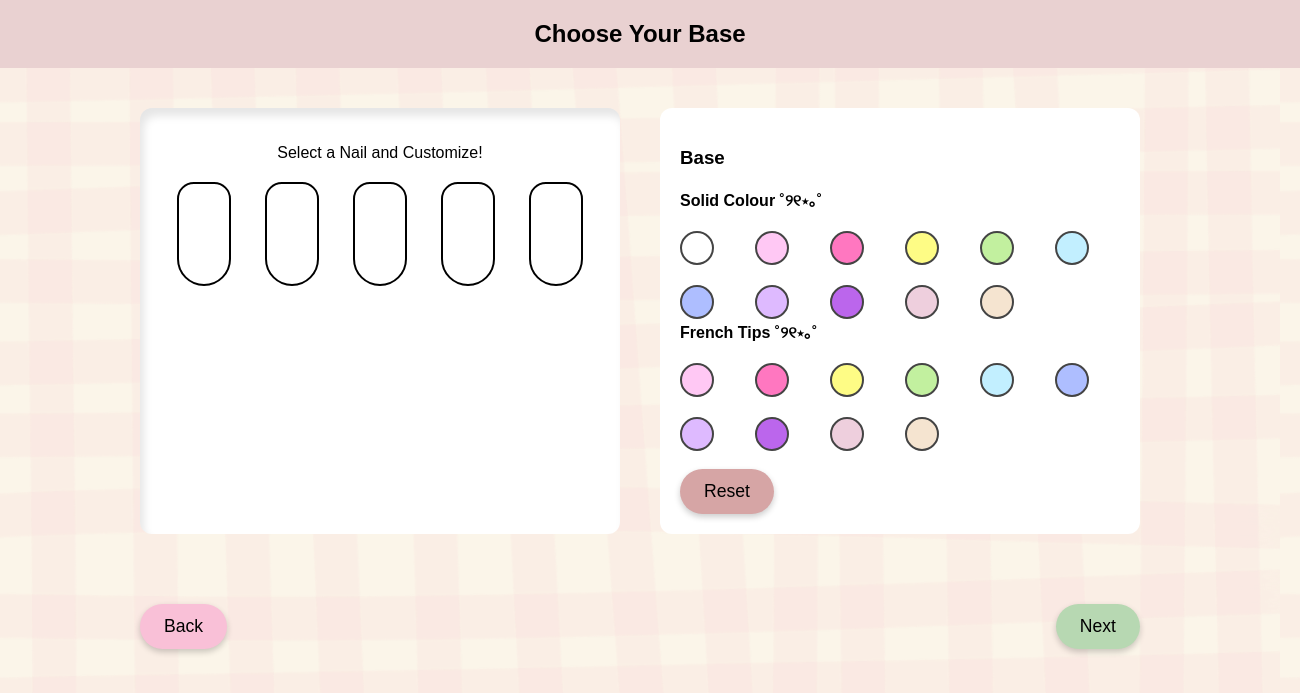
Repository: amolwalia/Fluidity-Lab
Page: base-paint.html
These files come from the project's save history. The page is drawn as it stood at one moment and after the next save; the edit follows.
The browser window is 1280 px wide. The page is 1300 px wide, so the pictures cover 1300 px, including what lies to the right of the window. The pictures show the whole page.

Above is the page before, as saved 2025-05-11 19:02:13.

### base-paint.html
<!DOCTYPE html>
<html lang="en">
  <head>
    <meta charset="UTF-8" />
    <meta name="viewport" content="width=device-width, initial-scale=1.0" />
    <title>Choose Your Base</title>
    <link rel="stylesheet" href="./styles/basepaints.css" />
  </head>
  <body>
    <header>Choose Your Base</header>
    <div class="container">
      <div class="nail-area">
        <p style="text-align: center">Select a Nail and Customize!</p>
        <div class="nails">
          <div class="nail" onclick="selectNail(this)"></div>
          <div class="nail" onclick="selectNail(this)"></div>
          <div class="nail" onclick="selectNail(this)"></div>
          <div class="nail" onclick="selectNail(this)"></div>
          <div class="nail" onclick="selectNail(this)"></div>
        </div>
      </div>
      <div class="palette">
        <h3>Base</h3>
        <strong>Solid Colour ˚୨୧⋆｡˚</strong>
        <div class="colors">
          <div
            class="color"
            style="background: white"
            onclick="setColor('white', false)"
          ></div>
          <div
            class="color"
            style="background: #ffc8f4"
            onclick="setColor('#ffc8f4', false)"
          ></div>
          <div
            class="color"
            style="background: #ff77c0"
            onclick="setColor('#ff77c0', false)"
          ></div>
          <div
            class="color"
            style="background: #fefc85"
            onclick="setColor('#fefc85', false)"
          ></div>
          <div
            class="color"
            style="background: #c2f09f"
            onclick="setColor('#c2f09f', false)"
          ></div>
          <div
            class="color"
            style="background: #c2efff"
            onclick="setColor('#c2efff', false)"
          ></div>
        </div>
        <div class="colors">
          <div
            class="color"
            style="background: #aebeff"
            onclick="setColor('#AEBEFF', false)"
          ></div>
          <div
            class="color"
            style="background: #debaff"
            onclick="setColor('#DEBAFF', false)"
          ></div>
          <div
            class="color"
            style="background: #bb66ec"
            onclick="setColor('#BB66EC', false)"
          ></div>
          <div
            class="color"
            style="background: #eecfdd"
            onclick="setColor('#EECFDD', false)"
          ></div>
          <div
            class="color"
            style="background: #f5e4d0"
            onclick="setColor('#F5E4D0', false)"
          ></div>
        </div>
        <strong>French Tips ˚୨୧⋆｡˚</strong>
        <div class="colors">
          <div
            class="color"
            style="background: #ffc8f4"
            onclick="setColor('#ffc8f4', true)"
          ></div>
          <div
            class="color"
            style="background: #ff77c0"
            onclick="setColor('#ff77c0', true)"
          ></div>
          <div
            class="color"
            style="background: #fefc85"
            onclick="setColor('#fefc85', true)"
          ></div>
          <div
            class="color"
            style="background: #c2f09f"
            onclick="setColor('#c2f09f', true)"
          ></div>
          <div
            class="color"
            style="background: #c2efff"
            onclick="setColor('#c2efff', true)"
          ></div>
          <div
            class="color"
            style="background: #aebeff"
            onclick="setColor('#AEBEFF', true)"
          ></div>
        </div>
        <div class="colors">
          <div
            class="color"
            style="background: #debaff"
            onclick="setColor('#DEBAFF', true)"
          ></div>
          <div
            class="color"
            style="background: #bb66ec"
            onclick="setColor('#BB66EC', true)"
          ></div>
          <div
            class="color"
            style="background: #eecfdd"
            onclick="setColor('#EECFDD', true)"
          ></div>
          <div
            class="color"
            style="background: #f5e4d0"
            onclick="setColor('#F5E4D0', true)"
          ></div>
        </div>
        <br />
        <button class="btn btn-brown" onclick="resetColors()">Reset</button>
      </div>
    </div>
    <div class="btn-row">
      <button class="btn btn-pink" onclick="location.href='index.html'">
        Back
      </button>
      <button class="btn btn-green" onclick="saveNailColorsAndGoNext()">
        Next
      </button>
    </div>
    <script src="./scripts/basepaints.js"></script>
  </body>
</html>

### styles/basepaints.css
body {
  margin: 0;
  font-family: "Quicksand", sans-serif;
  background: url("../media/pink_plaid.png");
  background-size: cover;
  background-blend-mode: multiply;
  background-color: #fbf5e9;
  display: flex;
  flex-direction: column;
  align-items: center;
}
header {
  width: 100%;
  padding: 20px;
  background-color: #e9d1d1;
  text-align: center;
  font-weight: bold;
  font-size: 1.5rem;
}
.container {
  display: flex;
  justify-content: space-between;
  padding: 40px;
  width: 100%;
  max-width: 1000px;
}
.nail-area,
.palette {
  background: #fff;
  border-radius: 12px;
  padding: 20px;

}
.nail-area {
  flex: 1;
  margin-right: 40px;
  box-shadow: inset 4px 8px 8px  rgba(0, 0, 0, 0.1);
}
.palette {
  flex: 1;
}
.nails {
  display: flex;
  justify-content: space-around;
  margin-top: 20px;
}
.nail {
  width: 50px;
  height: 100px;
  border: 2px solid #000;
  border-radius: 25px 25px 40px 40px;
  background: #fff;
  position: relative;
  overflow: hidden;
}
.french-tip-overlay {
  position: absolute;
  top: 0;
  left: 0;
  width: 100%;
  height: 100%;
  pointer-events: none;
  z-index: 50;
  background: none;
}
.french-tip-overlay::before {
  content: "";
  position: absolute;
  top: 0;
  left: 0;
  width: 100%;
  height: 100%;
  background: url("data:[embedded picture, 672 characters]")
    top center / 100% auto no-repeat;
  opacity: 1;
  z-index: 50;
}
.colors {
  display: grid;
  grid-template-columns: repeat(6, 1fr);
  gap: 10px;
  margin-top: 20px;
}
.color {
  width: 30px;
  height: 30px;
  border-radius: 50%;
  cursor: pointer;
  border: 2px solid #444;
}
.btn-row {
  display: flex;
  justify-content: space-between;
  width: 100%;
  max-width: 1000px;
  margin-top: 30px;
}
.btn {
  padding: 12px 24px;
  font-size: 1.1rem;
  background-color: #b7d8b2;
  border: none;
  border-radius: 25px;
  cursor: pointer;
  box-shadow: 0 3px 6px rgba(0, 0, 0, 0.2);
  transition: transform 0.3s ease, box-shadow 0.3s ease;
}
.btn:hover {
  transform: scale(1.05);
  box-shadow: 0 6px 12px rgba(183, 216, 178, 0.6);
}
.btn-pink {
  background-color: #f9c0d7;
}
.btn-green {
  background-color: #b7d8b2;
}
.btn-brown {
  background-color: #d6a5a5;
}

### scripts/basepaints.js
let selectedNail = null;

function selectNail(el) {
  document
    .querySelectorAll(".nail")
    .forEach((nail) => (nail.style.borderColor = "#000"));
  selectedNail = el;
  el.style.borderColor = "deeppink";
}

function setColor(color, isFrenchTip = false) {
  if (selectedNail) {
    selectedNail.style.background = color;
    const existingTip = selectedNail.querySelector(".french-tip-overlay");
    if (existingTip) existingTip.remove();
    if (isFrenchTip) {
      const tip = document.createElement("div");
      tip.className = "french-tip-overlay";
      selectedNail.appendChild(tip);
    }
  }
}

function resetColors() {
  document.querySelectorAll(".nail").forEach((nail) => {
    nail.style.background = "white";
    const tip = nail.querySelector(".french-tip-overlay");
    if (tip) tip.remove();
  });
}

function saveNailColorsAndGoNext() {
  const nails = document.querySelectorAll(".nail");
  const designData = Array.from(nails).map((nail) => {
    return {
      background: nail.style.background,
      hasTip: !!nail.querySelector(".french-tip-overlay"),
    };
  });
  localStorage.setItem("nailDesignData", JSON.stringify(designData));
  location.href = "decorate.html";
}

After the next save:
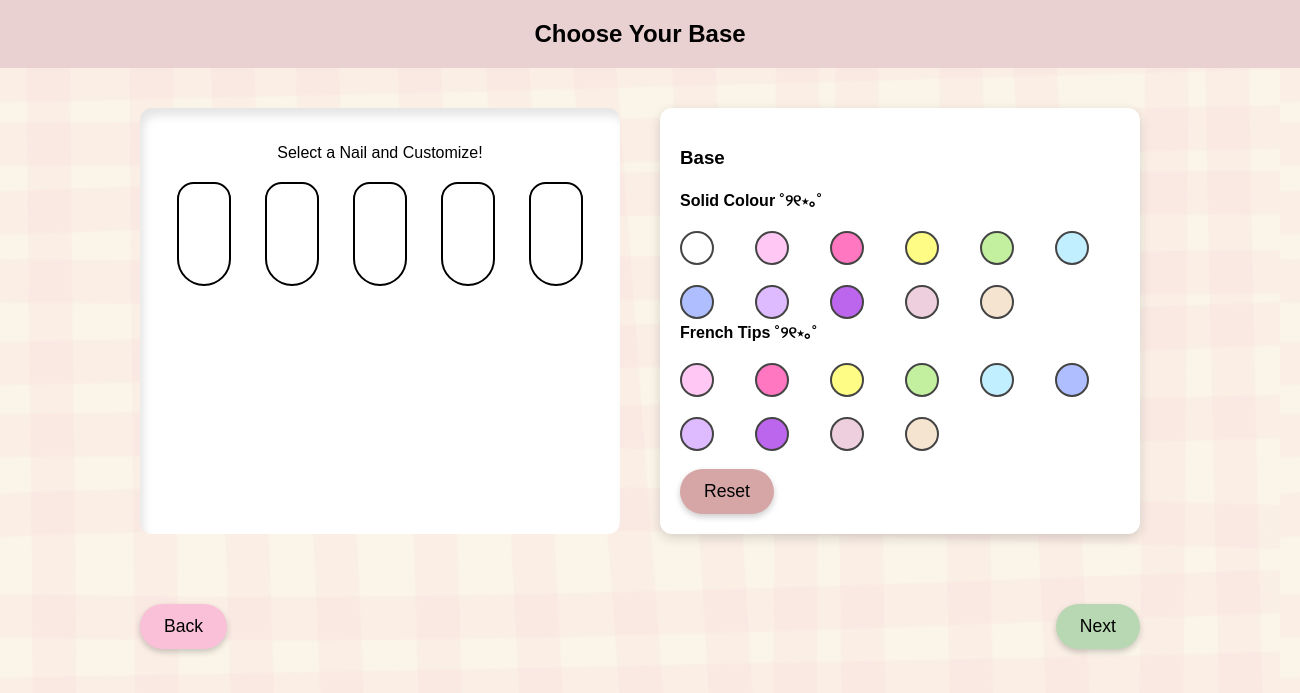
Saved 24 s later.
--- a/styles/basepaints.css
+++ b/styles/basepaints.css
@@ -29,6 +29,7 @@ header {
   background: #fff;
   border-radius: 12px;
   padding: 20px;
+  box-shadow: 0 4px 12px rgba(0, 0, 0, 0.15);
 
 }
 .nail-area {
